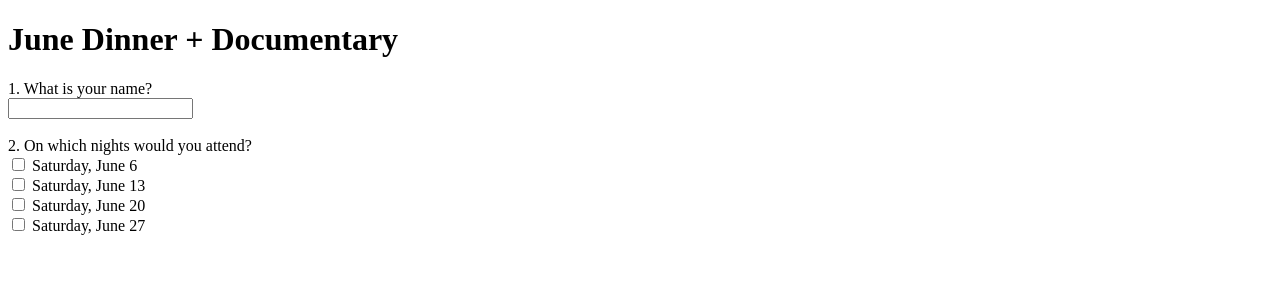
Repository: bhuhmann/event-survey
Page: survey.html
The author's editor kept a copy of each file at every save. The page is drawn from the files as they stood at one save, then again after the next save.
The browser window is 1280 px wide. The pictures show the whole page.

Above is the page before, as saved 2020-03-31 19:10:15.

After the next save:
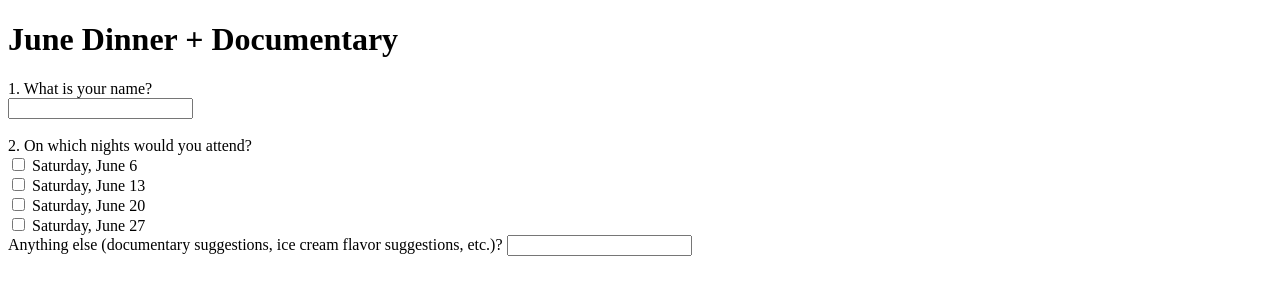
Saved 3 min 18 s later.
--- a/survey.html
+++ b/survey.html
@@ -30,11 +30,13 @@
             <input id='dates' type="checkbox" name="dates" value="Saturday, June 27">
             <label for="dates">Saturday, June 27</label>
             <br>
-            <!--Which nights would you attend? checkbox options-->
             <!--Please rank the films in order of preference. Maybe drag and drop, probably requires JS?-->
             <!--Please rank the main dishes in order of preference. Maybe drag and drop, probably requires JS?-->
             <!--Please rank the ice cream flavors in order of preference. Maybe drag and drop, probably requires JS?-->
             <!--Anything else (documentary suggestions, ice cream flavor suggestions, etc.)? areatext-->
+            <label for="anything">Anything else (documentary suggestions, ice cream flavor suggestions, etc.)?</label>
+            <input for="anything" type="areatext" name="free-response" rows=3 cols=20>
+            <!--Submission button-->
         </form>
     </body>
 
